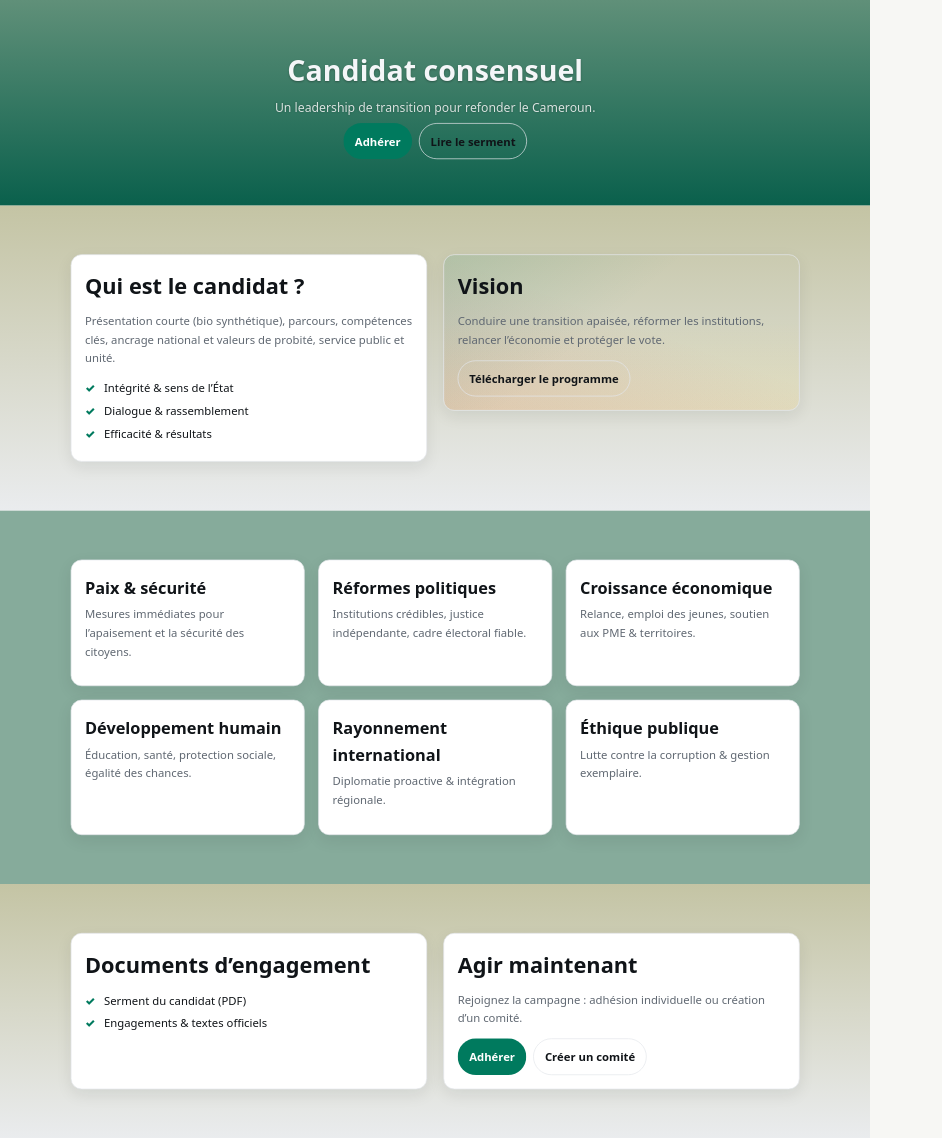
Repository: Kishny/upc2025
Page: candidat.html
The author's editor kept a copy of each file at every save. The page is drawn from the files as they stood at one save, then again after the next save.
The browser window is 1280 px wide. The page is 1280 px wide, then 1386 px, so the pictures cover 1386 px, including what lies to the right of the window. The pictures show the whole page, at 68% of full size.

Above is the page before, as saved 2025-09-11 20:13:39.
Console error: ReferenceError: DICT_ABOUT is not defined

After the next save:
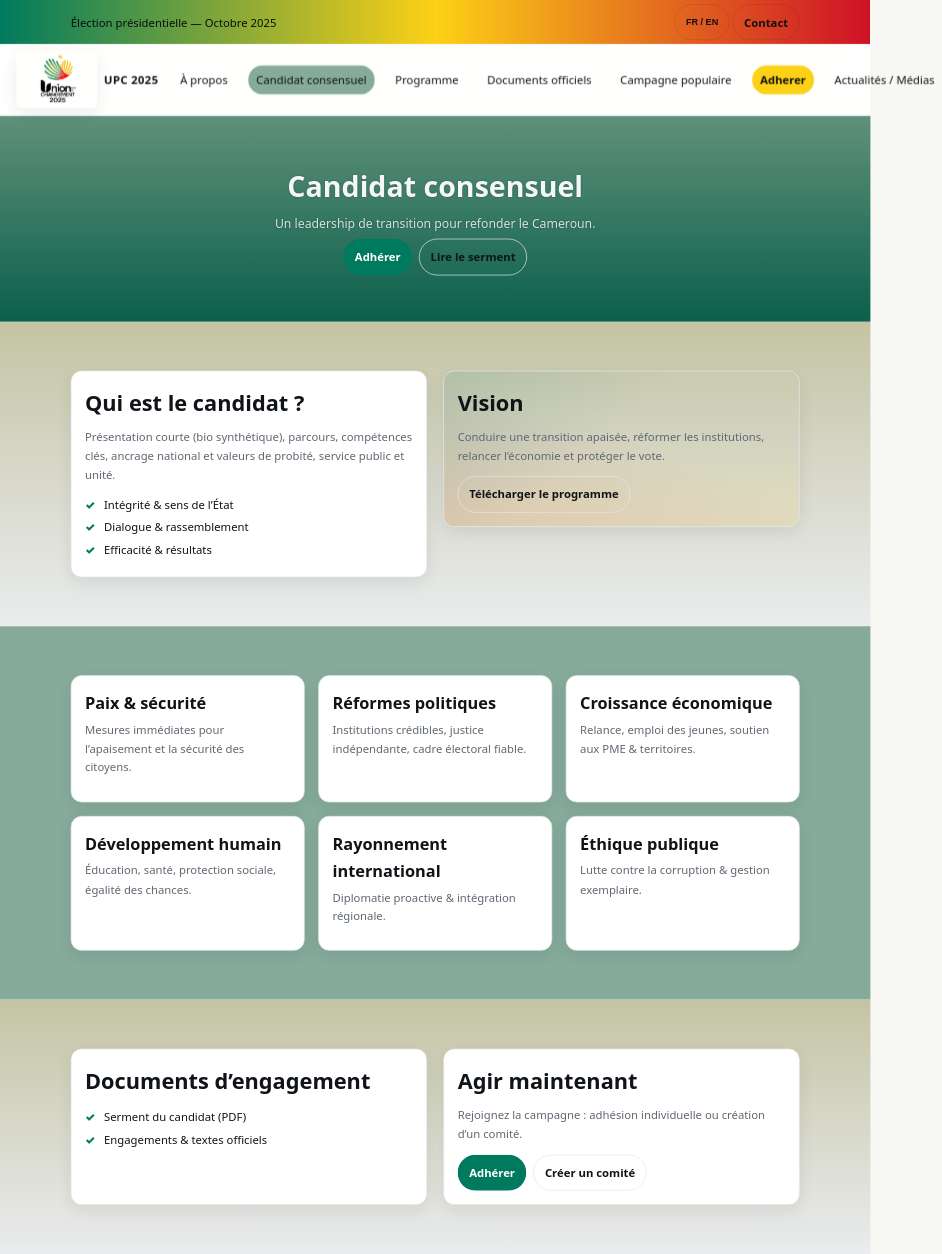
Saved 2 min 45 s later.
--- a/candidat.html
+++ b/candidat.html
@@ -15,7 +15,60 @@
     <link rel="icon" href="assets/img/logo.png" />
   </head>
   <body>
-    <!-- Topbar & Header identiques à tes autres pages (avec nav mise à jour) -->
+    <!-- Topbar -->
+    <div class="topbar">
+      <div class="container">
+        <span class="topbar__msg" data-i18n="topbar_msg"
+          >Élection présidentielle — Octobre 2025</span
+        >
+        <div class="topbar__actions">
+          <button
+            id="langToggle"
+            class="btn btn--ghost"
+            aria-label="Toggle language"
+          >
+            FR / EN
+          </button>
+          <a class="btn btn--ghost" href="contact.html" data-i18n="contact"
+            >Contact</a
+          >
+        </div>
+      </div>
+    </div>
+
+    <!-- Header / Nav -->
+    <header class="header">
+      <div class="container header__inner">
+        <a href="index.html" class="brand">
+          <img src="assets/img/logo.png" alt="UPC 2025" class="brand__logo" />
+          <span class="brand__title">UPC 2025</span>
+        </a>
+
+        <nav id="nav" class="nav" aria-label="Navigation principale">
+          <a href="a-propos.html" data-i18n="nav_about">À propos</a>
+          <!-- AJOUTER juste après "À propos" (ordre au choix) -->
+          <a href="candidat.html" data-i18n="nav_candidate"
+            >Candidat consensuel</a
+          >
+          <a href="programme.html" data-i18n="nav_program">Programme</a>
+          <a href="documents.html" data-i18n="nav_docs">Documents officiels</a>
+          <a href="campagne-populaire.html" data-i18n="nav_campaign"
+            >Campagne populaire</a
+          >
+          <!-- MODIFIER l’existant : ancien href="participez.html" -->
+          <a href="adherer.html" class="nav__cta" data-i18n="nav_join"
+            >Adherer</a
+          >
+          <a href="actualites-medias.html" data-i18n="nav_news_media"
+            >Actualités / Médias</a
+          >
+        </nav>
+
+        <button id="burger" class="burger" aria-label="Menu">
+          <span></span><span></span><span></span>
+        </button>
+      </div>
+    </header>
 
     <!-- Hero -->
     <section class="hero" style="min-height: clamp(220px, 42vh, 520px)">
